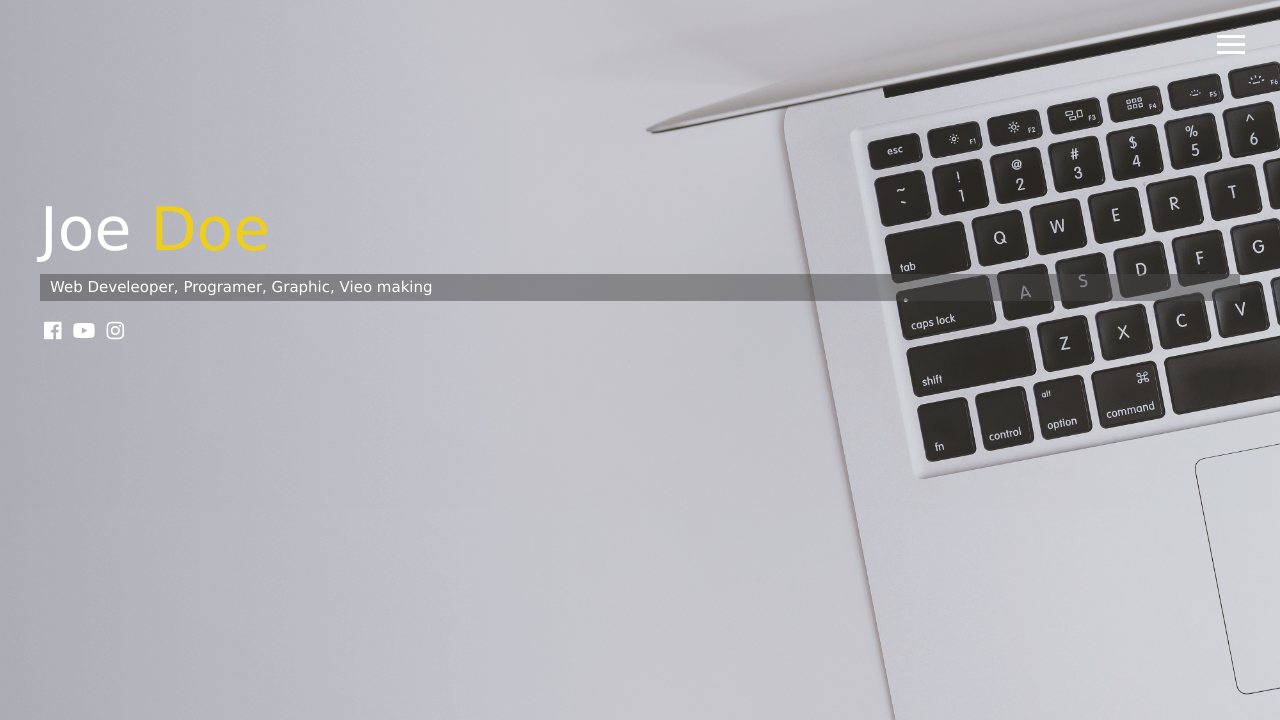
Repository: Zudoshi/morden-portfolio-test
Page: dist/index.html
These files come from the project's save history. The page is drawn as it stood at one moment and after the next save; the edit follows.
The browser window is 1280 px wide. The pictures show the whole page.
Some web libraries are served in a nearby version. The style sheet was rebuilt from its Sass, Less or Tailwind sources for each picture, by a compiler version that may differ from the author's.

Above is the page before, as saved 2019-12-30 00:06:48.

After the next save:
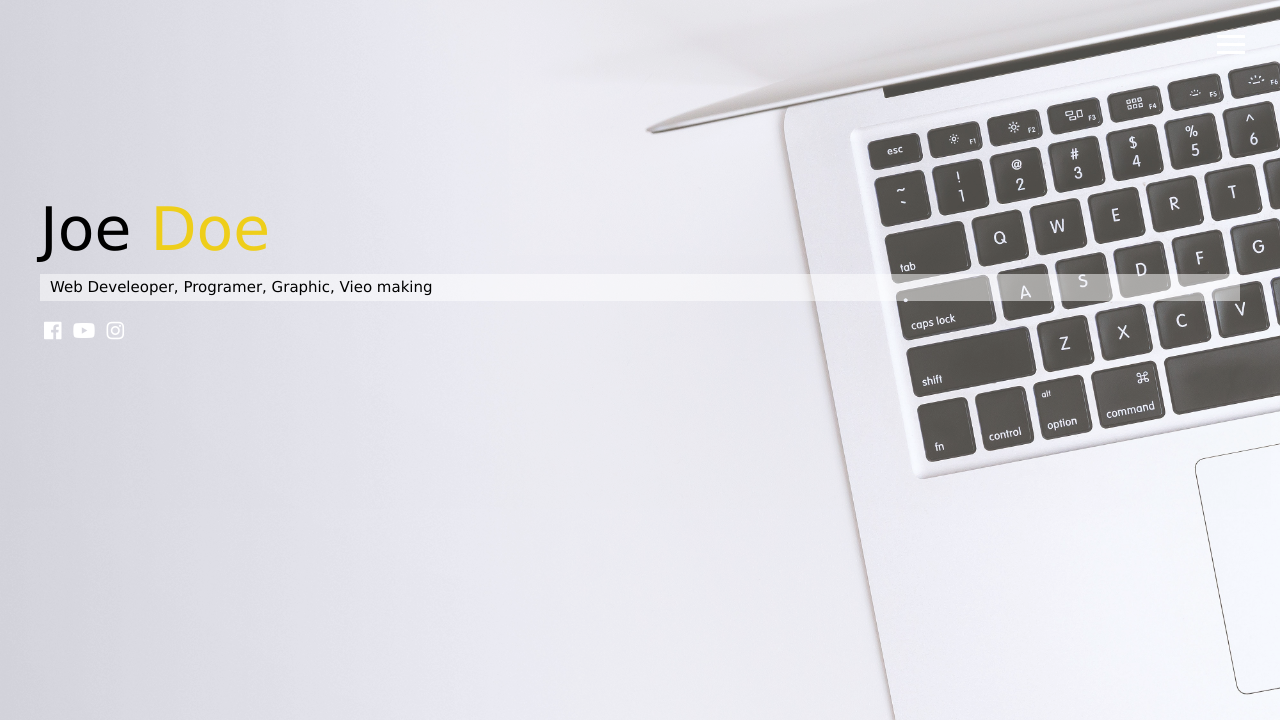
Saved 71 s later.
--- a/SCSS/_config.scss
+++ b/SCSS/_config.scss
@@ -1,4 +1,4 @@
-$primary-color: #444;
+$primary-color: #fff;
 $secondary-color: #eece1a;
 $show-home-image: true;
 $home-image: url(../img/home.jpg);
